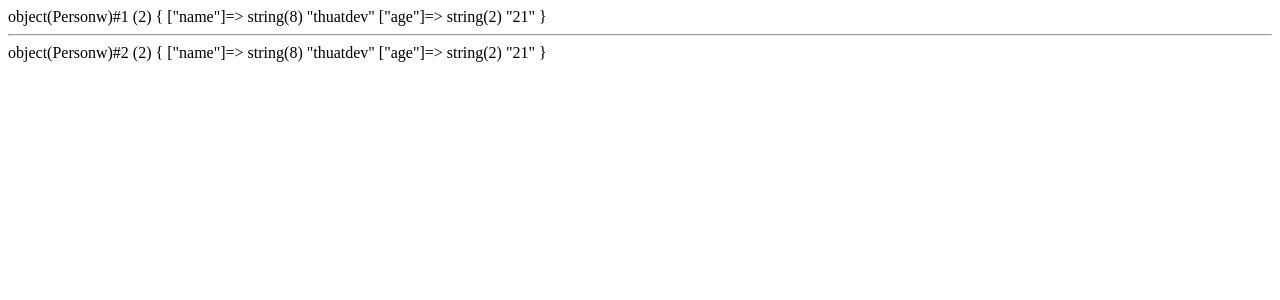
Repository: ThuatDev/php-push
Page: http://localhost/thuat_lear_class.php
The author's editor kept a copy of each file at every save. The page is drawn from the files as they stood at one save, then again after a run of saves.
The browser window is 1280 px wide. The pictures show the whole page.
The page is run by PHP 8.4 with error messages shown; the project is at /var/www/html/.

Above is the page before, as saved 2023-09-30 07:05:03.

After the next 2 saves:
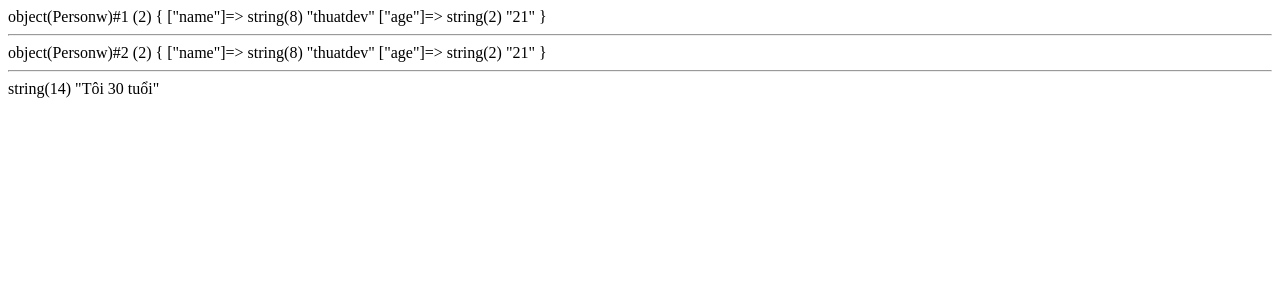
The 2 saves are shown as one change because they came seconds apart.
The last was saved 2 min 25 s later.
--- a/thuat_lear_class.php
+++ b/thuat_lear_class.php
@@ -6,3 +6,6 @@ echo '<hr/>';
 
   $personMale =new Personw;
   var_dump($personMale);
+  echo '<hr/>';
+
+  var_dump($personMale->getAge());
